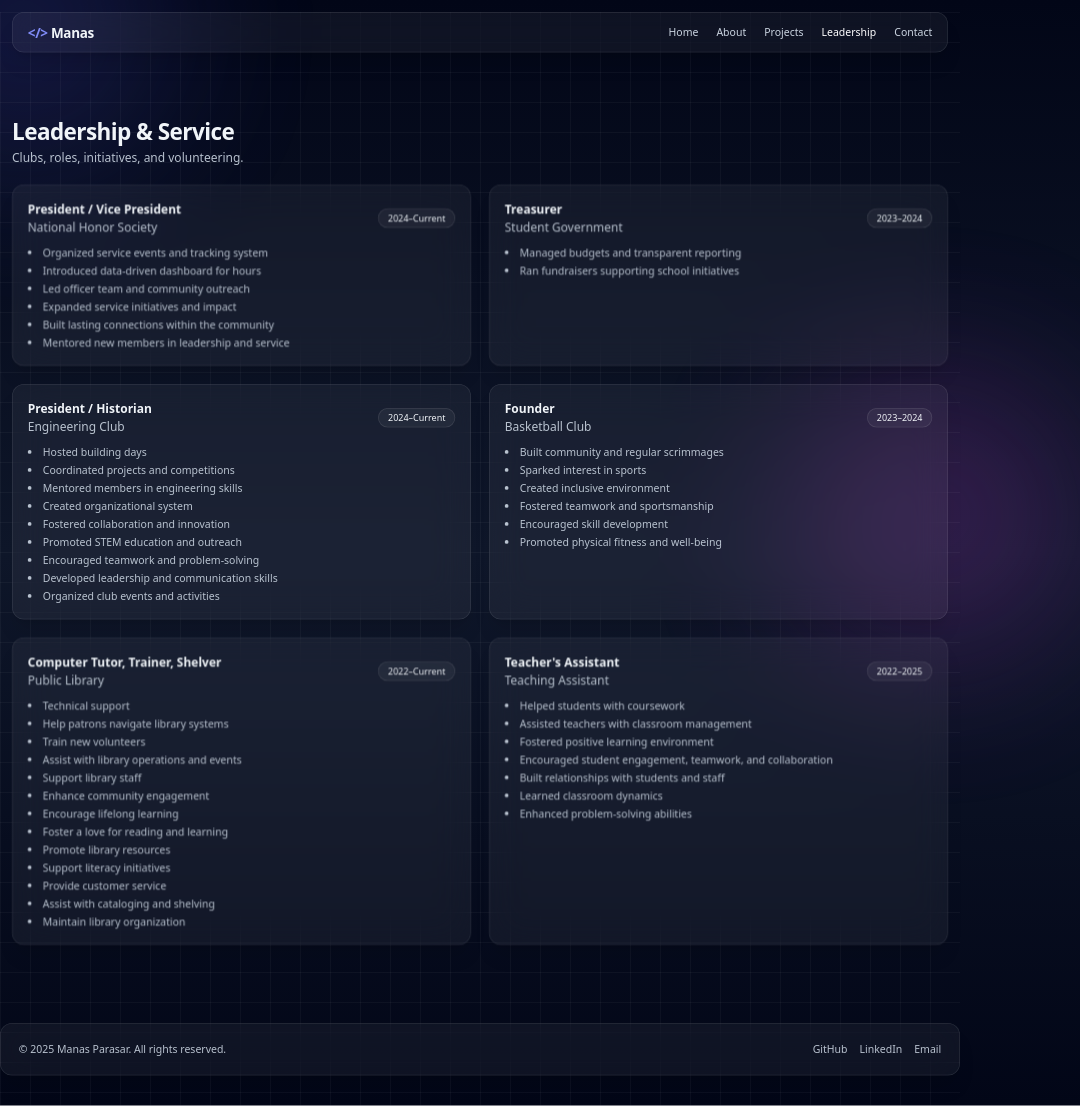
Repository: Manas-Parasar/portfolio-manas-parasar
Page: /leadership
The author's editor kept a copy of each file at every save. The page is drawn from the files as they stood at one save, then again after the next save.
The browser window is 1280 px wide. The page is 1440 px wide, so the pictures cover 1440 px, including what lies to the right of the window. The pictures show the whole page, at 75% of full size.
The project was rebuilt for these pictures with package versions that can differ from the ones it lists, and the page was loaded fresh each time. Also part of the build but not shown: vite.config.js, src/components/Hero.jsx, src/components/ProjectCard.jsx, src/pages/Home.jsx, src/pages/About.jsx, src/pages/Projects.jsx, src/pages/Contact.jsx.

Above is the page before, as saved 2025-08-20 16:16:39.

After the next save:
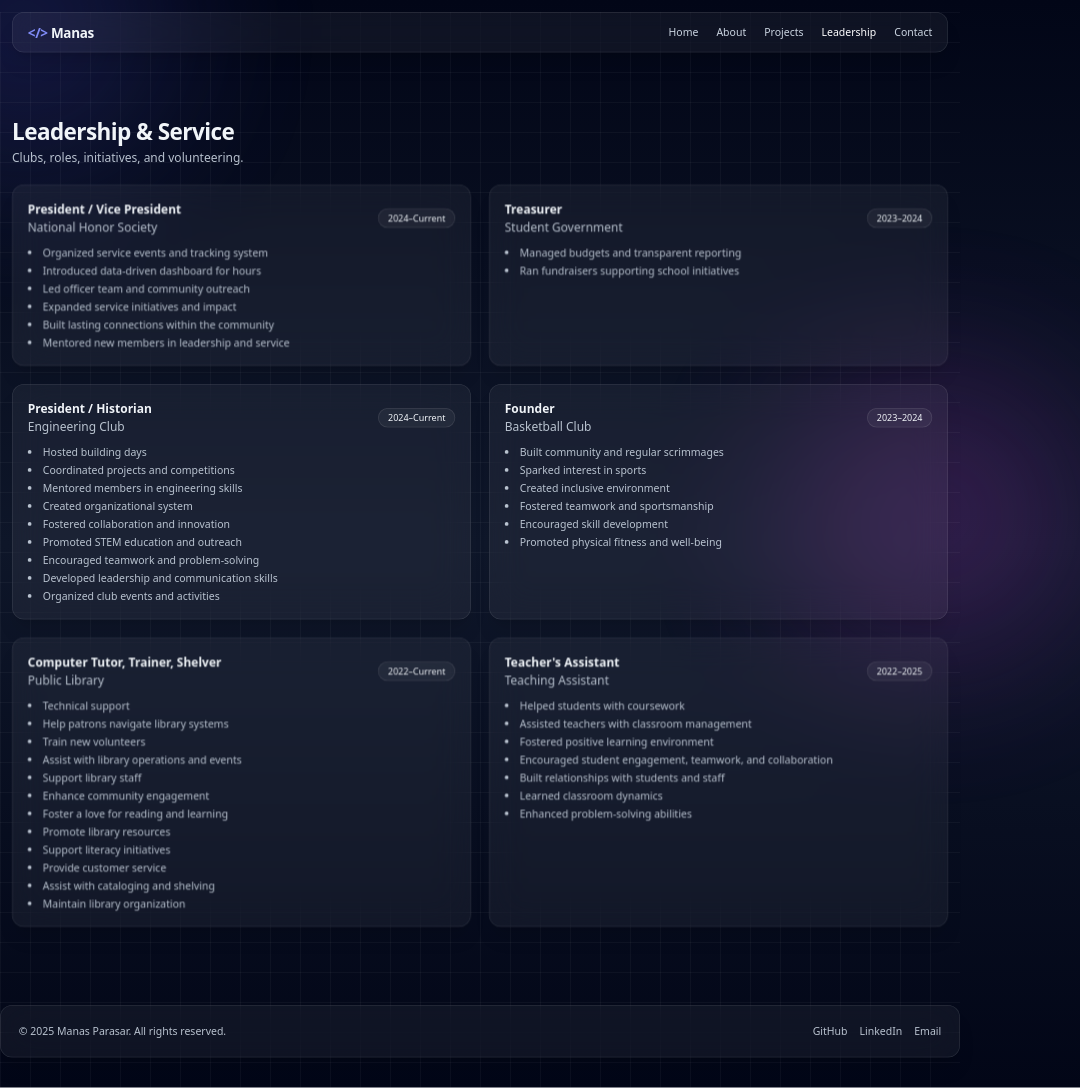
Saved 23 s later.
--- a/src/pages/Leadership.jsx
+++ b/src/pages/Leadership.jsx
@@ -71,7 +71,6 @@ export default function Leadership() {
               "Assist with library operations and events",
               "Support library staff",
               "Enhance community engagement",
-              "Encourage lifelong learning",
               "Foster a love for reading and learning",
               "Promote library resources",
               "Support literacy initiatives",
